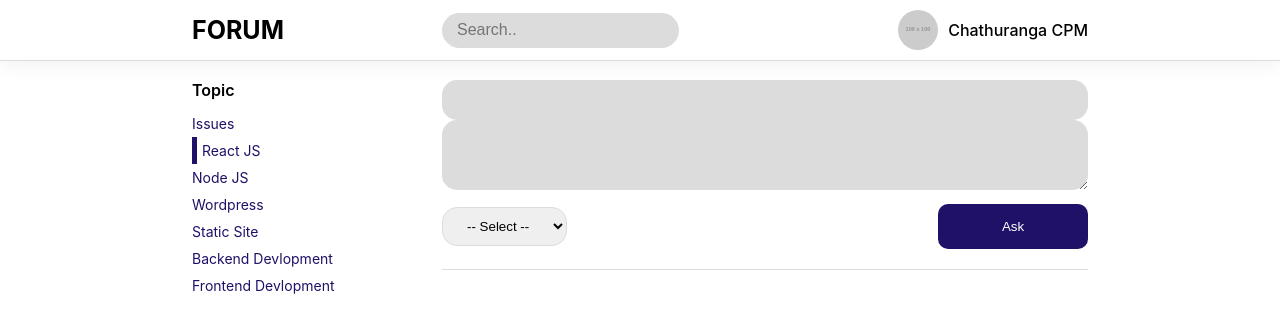
Repository: ChathurangaCPM/developer-forum
Page: / (app in client/)
These files come from the project's save history. The page is drawn as it stood at one moment and after the next save; the edit follows.
The browser window is 1280 px wide. The pictures show the whole page.
The page's requests for data from a server got no answer. The project was rebuilt for these pictures with package versions that can differ from the ones it lists, and the page was loaded fresh each time. No one was signed in, and anything a server would have sent is missing. Also part of the build but not shown: client/src/scss/componets/SingleQuestion/SingleQuestion.min.css, client/src/components/SingleQuestion/SingleQuestion.js.

Above is the page before, as saved 2022-05-10 15:43:30.

### client/public/index.html
<!DOCTYPE html>
<html lang="en">
  <head>
    <meta charset="utf-8" />
    <link rel="icon" href="%PUBLIC_URL%/favicon.ico" />
    <meta name="viewport" content="width=device-width, initial-scale=1" />
    <meta name="theme-color" content="#000000" />
    <meta
      name="description"
      content="Web site created using create-react-app"
    />
    <link rel="apple-touch-icon" href="%PUBLIC_URL%/logo192.png" />
    <link rel="manifest" href="%PUBLIC_URL%/manifest.json" />

    <title>React App</title>
  </head>
  <body>
    <noscript>You need to enable JavaScript to run this app.</noscript>
    <div id="root"></div>

  </body>
</html>

### client/src/App.js
import React, { useState, useEffect } from 'react';
import Axios from 'axios';

import MainHeader from "./components/MainHeader/MainHeader";
import SideBar from "./components/SideBar/SideBar";
import './App.min.css';
import AddQuestion from "./components/AddQuestion/AddQuestion";
import SingleQuestion from "./components/SingleQuestion/SingleQuestion";

function App() {
	const [getAllQuem ,setGetAllQuem] = useState([]);

    useEffect(()=>{
        Axios.get('http://localhost:3001/api/get').then((responce)=>{
            setGetAllQuem(responce.data);
        });
    },[])
	return (
		<div className="main_wrapper">
			<MainHeader/>
			<div className="wrap_inner_data">
				<div className="side_bar">
					<SideBar/>
				</div>
				<div className="main_content_area">
					<AddQuestion/>

					{/* Load dynamically */}
					{getAllQuem.map((val)=>{
						return <SingleQuestion type={val.title} desc={val.description} title={val.title}/>
					})}

				</div>
			</div>
		</div>
	);
}

export default App;

### client/src/components/MainHeader/MainHeader.js
import React from 'react';
import { Link } from 'react-router-dom';
import '../../scss/componets/MainHeader/MainHeader.min.css';

function MainHeader() {
	return (
		<div className="main_header">
			<div className="wrap_middle">

				<div className="main_logo">
					<span>FORUM</span>
				</div>


				<div className="search_form">
					<form method="">
						<input type="search" placeholder="Search.."/>
					</form>
				</div>

				<div className="user_pro">
					<img src="//dummyimage.com/100x100/000/fff"/>
					<span>Chathuranga CPM</span>
				</div>
			</div>
		</div>
	);
}

export default MainHeader;

### client/src/components/SideBar/SideBar.js
import '../../scss/componets/SideBar/SideBar.min.css';

function SideBar() {
	return (
		<div className="main_sidebar_wrapper">
			<div className="menu_area">
				<span className="title">Topic</span>
                <ul>
                    <li>Issues</li>
                    <li className="active">React JS</li>
                    <li>Node JS</li>
                    <li>Wordpress</li>
                    <li>Static Site</li>
                    <li>Backend Devlopment</li>
                    <li>Frontend Devlopment</li>
                </ul>
            </div>
		</div>
	);
}

export default SideBar;

### client/src/App.min.css
:root{--primary-color: rgb(30, 17, 103);--secondary-color: #ddd;--border-color: #dcdcdc}.main_wrapper{padding-top:80px}.main_wrapper .wrap_inner_data{display:-webkit-box;display:-ms-flexbox;display:flex;-ms-flex-wrap:wrap;flex-wrap:wrap;max-width:70%;margin:0 auto}.main_wrapper .wrap_inner_data .side_bar{width:250px}.main_wrapper .wrap_inner_data .main_content_area{width:calc(100% - 250px)}img{width:100%}

### client/src/components/AddQuestion/AddQuestion.js
import React, { useState, useEffect } from 'react';

import Axios from 'axios';

import '../../scss/componets/AddQuestion/AddQuestion.min.css';


function AddQuestion() {
    const [title, setTitle] = useState('');
    const [description, setDescription] = useState('');
    const [type, setType] = useState('');



    const submitQuestion = (e) => {
        e.preventDefault();
        if (title != "" && description != '' && type != '') {
            Axios.post('http://localhost:3001/api/insert', { title, description, type }).then((response) => {
                console.log("responce "+response);
            }).catch((error) => {
                if (error.response) {
                    console.log(error.response);
                    console.log("server responded");
                } else if (error.request) {
                    console.log("network error");
                } else {
                    console.log(error);
                }
            });
        } else {
            alert('Some content are missing');
        }
    }

    return (
        <div className="addquestion_wrapper">
            <form onSubmit={submitQuestion}>

                <input type="text" name="title" onChange={(e) => {
                    setTitle(e.target.value)
                }} />
                <textarea name="descriptions" onChange={(e) => {
                    setDescription(e.target.value)
                }}></textarea>

                <div className="selrct_cat">
                    <select name="selrct_cat" onChange={(e) => {
                        setType(e.target.value)
                    }} >
                        <option value="">-- Select --</option>
                        <option value="reactjs">React Js</option>
                        <option value="nodejs">Node Js</option>

                    </select>
                    <button type="submit" >Ask</button>
                </div>
            </form>


        </div>
    );
}

export default AddQuestion;

### client/src/scss/componets/MainHeader/MainHeader.min.css
.main_header{padding:10px 0;border-bottom:1px solid var(--border-color);-webkit-box-shadow:0px 4px 20px 0px rgba(0,0,0,0.06);box-shadow:0px 4px 20px 0px rgba(0,0,0,0.06);position:fixed;top:0;width:100%;z-index:10px;background:#fff}.main_header .wrap_middle{max-width:70%;margin:0 auto;display:-webkit-box;display:-ms-flexbox;display:flex;-webkit-box-align:center;-ms-flex-align:center;align-items:center}.main_header .wrap_middle .main_logo{width:250px}.main_header .wrap_middle .main_logo span{font-size:25px;font-weight:bold;text-transform:uppercase}.main_header .wrap_middle .search_form{width:calc(100% - 500px)}.main_header .wrap_middle .search_form input{border:none;font-size:16px;line-height:16px;height:35px;border-radius:20px;outline:none;background:var(--border-color);padding:0 15px}.main_header .wrap_middle .user_pro{width:250px;display:-webkit-box;display:-ms-flexbox;display:flex;-webkit-box-align:center;-ms-flex-align:center;align-items:center;-webkit-box-pack:end;-ms-flex-pack:end;justify-content:flex-end}.main_header .wrap_middle .user_pro img{width:40px;height:40px;border-radius:100%;overflow:hidden}.main_header .wrap_middle .user_pro span{padding-left:10px;font-weight:500}

### client/src/scss/componets/SideBar/SideBar.min.css
.main_sidebar_wrapper .menu_area span.title{font-weight:600;display:block;margin-bottom:10px}.main_sidebar_wrapper .menu_area ul{padding:0;list-style:none;margin:0}.main_sidebar_wrapper .menu_area ul li{color:var(--primary-color);padding:5px 0;font-size:14px;-webkit-transition:all 0.3s ease-in-out;transition:all 0.3s ease-in-out;border-left-width:0}.main_sidebar_wrapper .menu_area ul li:hover,.main_sidebar_wrapper .menu_area ul li.active{border-left:5px solid var(--primary-color);padding-left:5px;-webkit-transition:all 0.3s ease-in-out;transition:all 0.3s ease-in-out;cursor:pointer}

### client/src/scss/componets/AddQuestion/AddQuestion.min.css
.addquestion_wrapper{margin-bottom:20px;padding-bottom:20px;border-bottom:1px solid var(--border-color)}.addquestion_wrapper form{width:100%}.addquestion_wrapper form .error_msg{font-size:12px;color:#ff0000}.addquestion_wrapper form .wrap_input{margin-bottom:20px}.addquestion_wrapper form input{height:40px;font-size:16px;font-weight:bold;padding:0 20px;border:none;background:var(--border-color);border-radius:15px;width:calc(100% - 40px)}.addquestion_wrapper form textarea{width:calc(100% - 40px);border:none;background:var(--border-color);padding:20px;outline:none;border-radius:15px;max-width:calc(100% - 40px);min-width:calc(100% - 40px)}.addquestion_wrapper form .selrct_cat{display:-webkit-box;display:-ms-flexbox;display:flex;-webkit-box-align:center;-ms-flex-align:center;align-items:center;-webkit-box-pack:justify;-ms-flex-pack:justify;justify-content:space-between;padding-top:10px}.addquestion_wrapper form .selrct_cat select{border:1px solid var(--border-color);padding:10px 20px;border-radius:15px}.addquestion_wrapper form .selrct_cat button{width:150px;background:var(--primary-color);border:none;padding:15px;color:#fff;border-radius:10px}

Loaded but not shown: client/src/index.js (common file); client/src/index.css (common file); client/src/reportWebVitals.js (common file)

After the next save:
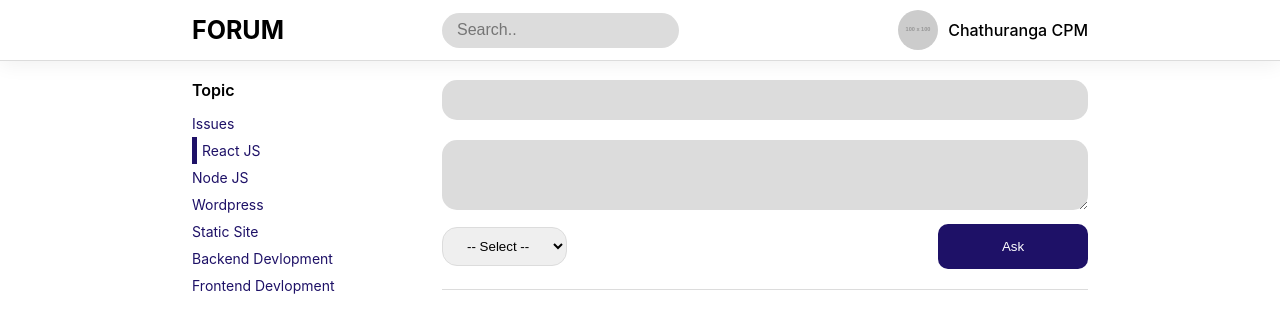
Saved 39 s later.
--- a/client/src/components/AddQuestion/AddQuestion.js
+++ b/client/src/components/AddQuestion/AddQuestion.js
@@ -35,10 +35,11 @@ function AddQuestion() {
     return (
         <div className="addquestion_wrapper">
             <form onSubmit={submitQuestion}>
-
-                <input type="text" name="title" onChange={(e) => {
-                    setTitle(e.target.value)
-                }} />
+                <div className="wrap_input">
+                    <input type="text" name="title" onChange={(e) => {
+                        setTitle(e.target.value)
+                    }} />
+                </div>
                 <textarea name="descriptions" onChange={(e) => {
                     setDescription(e.target.value)
                 }}></textarea>
